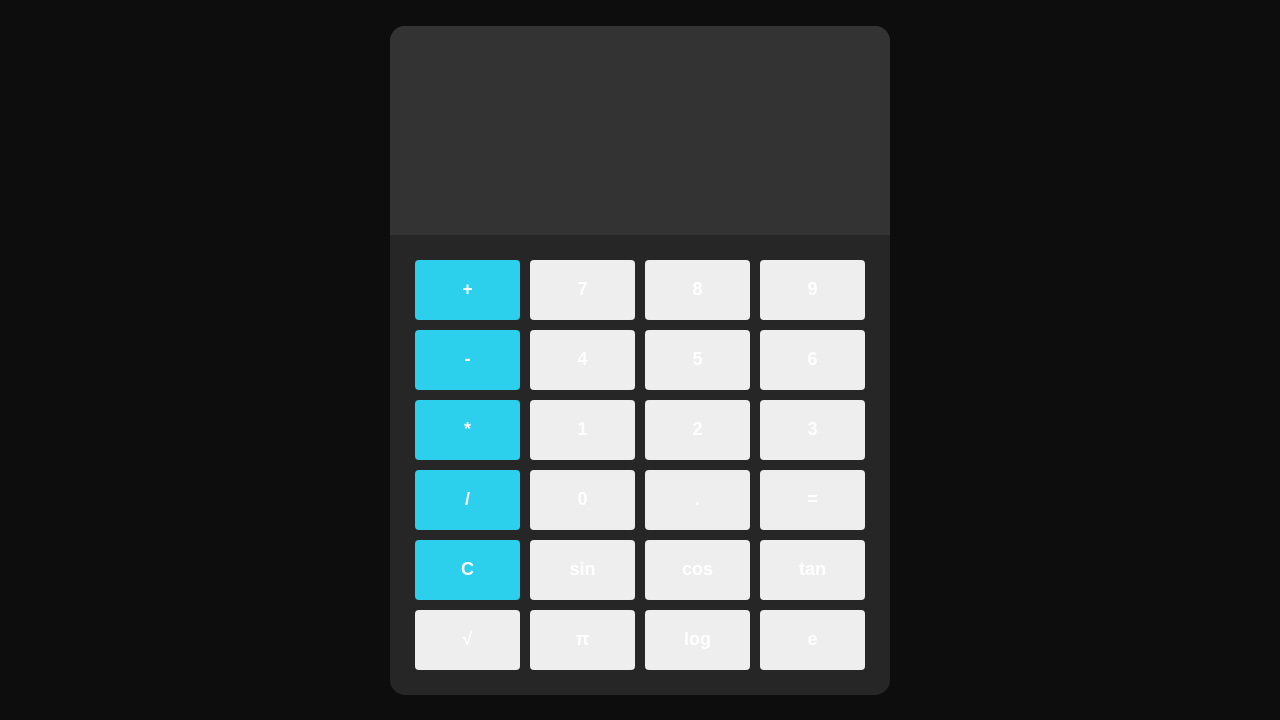
Repository: Haakim19/JavaScript
Page: Calculater/Main.html
An editor plug-in stored every save of this project. The page is shown before and after the next save, followed by the edit.
The browser window is 1280 px wide. The pictures show the whole page.

Above is the page before, as saved 2024-10-23 10:17:08.

After the next save:
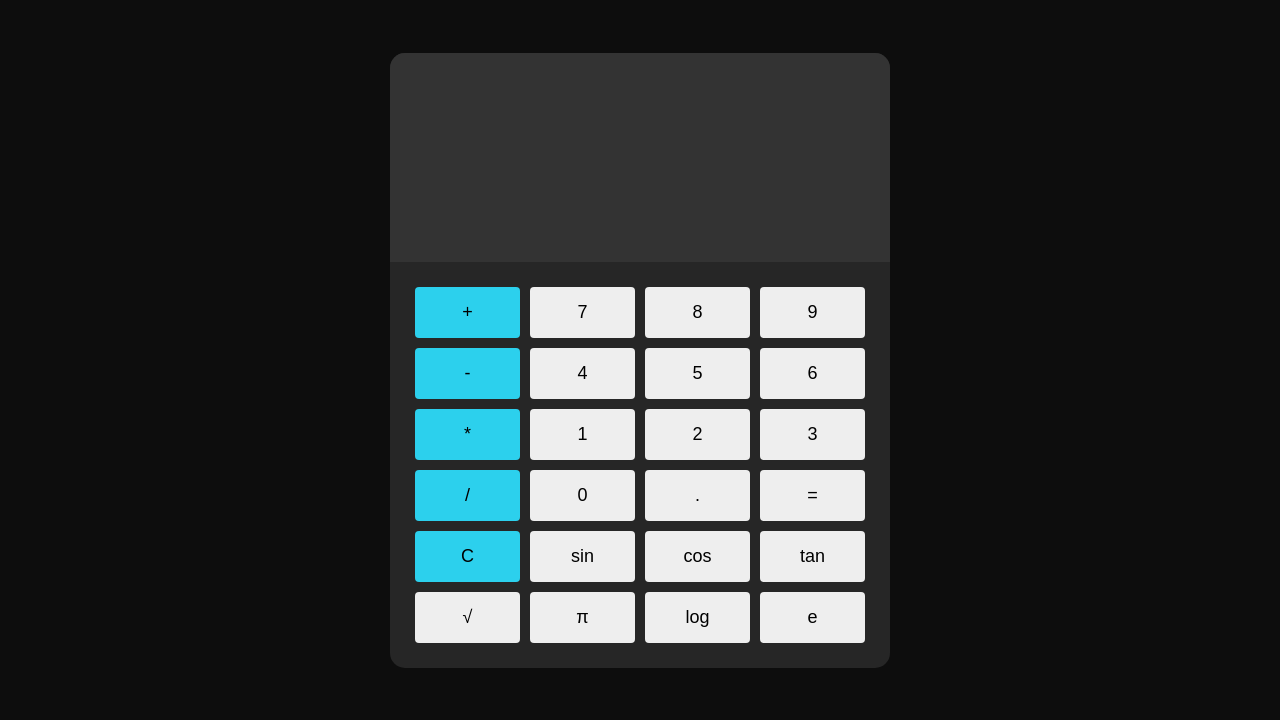
Saved 20 s later.
--- a/Calculater/Main.css
+++ b/Calculater/Main.css
@@ -56,7 +56,7 @@ body{
     font-weight: bold;
     cursor: pointer;
 } */
-button{
+/* button{
     width: 80px;
     height: 60px;
     color: white;
@@ -66,7 +66,7 @@ button{
     background-color: hsl(0, 0%, 30%);
     font-weight: bold;
     cursor: pointer;
-}
+} */
 button{
     width: 100%;
     padding: 15px;
